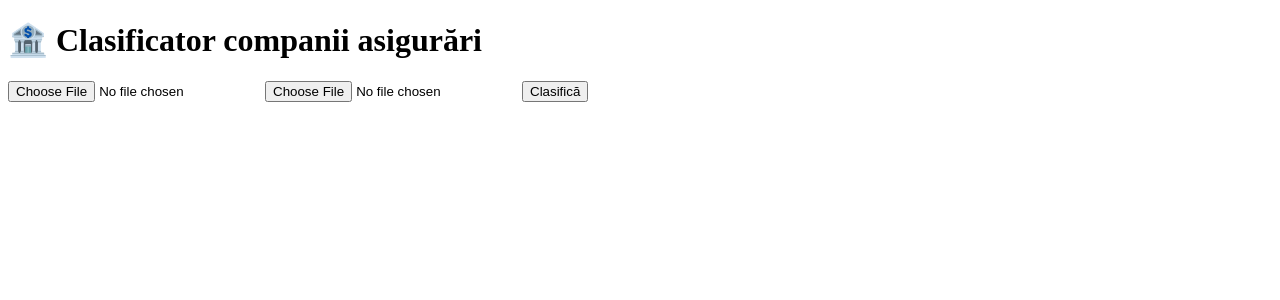
Repository: alincz/insurance_classifier
Page: clasiffy.html
These files come from the project's save history. The page is drawn as it stood at one moment and after the next save; the edit follows.
The browser window is 1280 px wide. The pictures show the whole page.

Above is the page before, as saved 2025-10-15 11:25:48.

### clasiffy.html
<!DOCTYPE html>
<html lang="ro">
<head>
  <meta charset="UTF-8" />
  <meta name="viewport" content="width=device-width, initial-scale=1.0">
  <title>Clasificator companii asigurări</title>
</head>
<body>
  <h1>🏦 Clasificator companii asigurări</h1>
  <input type="file" id="companies" accept=".csv">
  <input type="file" id="taxonomy" accept=".csv">
  <button id="classify">Clasifică</button>

  <pre id="output"></pre>

  <script src="classify_insurance.js"></script>
</body>
</html>

### classify_insurance.js
// Cod simplificat pentru browser (fără fs, doar FileReader)

function cleanText(text) {
  return text.toLowerCase().replace(/[^a-z0-9\s]/g, " ").split(/\s+/).filter(Boolean);
}

function simpleSimilarity(companyWords, labelWords) {
  const companySet = new Set(companyWords);
  let common = 0;
  for (const w of labelWords) if (companySet.has(w)) common++;
  return common / labelWords.length;
}

async function parseCSV(file) {
  const text = await file.text();

  // eliminăm BOM + spații inutile
  const clean = text.trim().replace(/^\uFEFF/, "");
  const lines = clean.split(/\r?\n/);

  // detectăm separatorul automat
  const firstLine = lines[0];
  const separator = firstLine.includes(";") ? ";" : ",";

  const headers = firstLine.split(separator).map(h => h.trim().replace(/['"]+/g, ""));
  const rows = [];

  for (let i = 1; i < lines.length; i++) {
    const values = lines[i].split(separator).map(v => v.trim().replace(/['"]+/g, ""));
    const obj = {};
    headers.forEach((h, j) => {
      obj[h] = values[j] || "";
    });
    rows.push(obj);
  }

  return rows;
}


document.getElementById("classify").addEventListener("click", async () => {
  const companyFile = document.getElementById("companies").files[0];
  const taxonomyFile = document.getElementById("taxonomy").files[0];
  if (!companyFile || !taxonomyFile) return alert("Încarcă ambele fișiere CSV!");

  const companies = await parseCSV(companyFile);
  const taxonomy = await parseCSV(taxonomyFile);

  const results = [];
  for (const c of companies) {
    const text = `${c.description || ""} ${c.business_tags || ""}`;
    const words = cleanText(text);
    let bestMatches = [];

    for (const t of taxonomy) {
      const labelWords = cleanText(t.label || "");
      const score = simpleSimilarity(words, labelWords);
      if (score > 0) bestMatches.push({ label: t.label, score });
    }

    bestMatches.sort((a, b) => b.score - a.score);
    const top = bestMatches.slice(0, 3).map(x => x.label).join(", ");
    results.push({ name: c.name, label: top });
  }

  document.getElementById("output").textContent = JSON.stringify(results, null, 2);
});

After the next save:
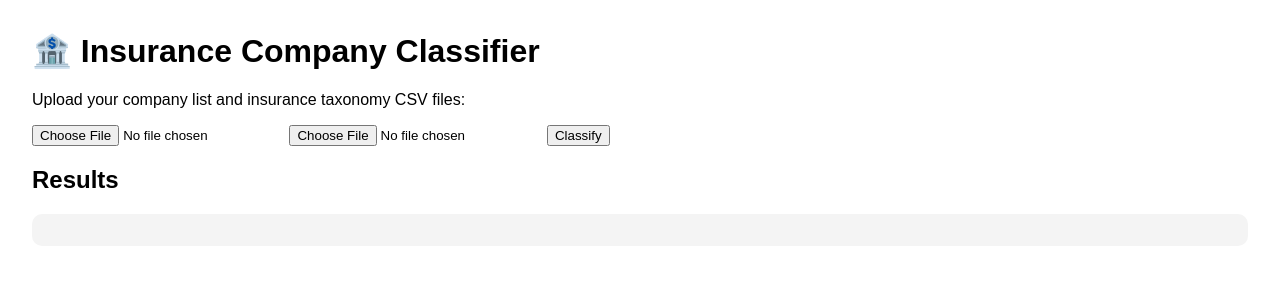
Not found: classify_insurance_browser.js
Saved 4 min 35 s later.
--- a/clasiffy.html
+++ b/clasiffy.html
@@ -1,18 +1,24 @@
 <!DOCTYPE html>
-<html lang="ro">
+<html lang="en">
 <head>
   <meta charset="UTF-8" />
   <meta name="viewport" content="width=device-width, initial-scale=1.0">
-  <title>Clasificator companii asigurări</title>
+  <title>Insurance Company Classifier</title>
+  <style>
+    body { font-family: sans-serif; margin: 2rem; }
+    pre { background: #f4f4f4; padding: 1rem; border-radius: 10px; }
+  </style>
 </head>
 <body>
-  <h1>🏦 Clasificator companii asigurări</h1>
+  <h1>🏦 Insurance Company Classifier</h1>
+  <p>Upload your company list and insurance taxonomy CSV files:</p>
   <input type="file" id="companies" accept=".csv">
   <input type="file" id="taxonomy" accept=".csv">
-  <button id="classify">Clasifică</button>
+  <button id="classify">Classify</button>
 
+  <h2>Results</h2>
   <pre id="output"></pre>
 
-  <script src="classify_insurance.js"></script>
+  <script src="classify_insurance_browser.js"></script>
 </body>
 </html>
